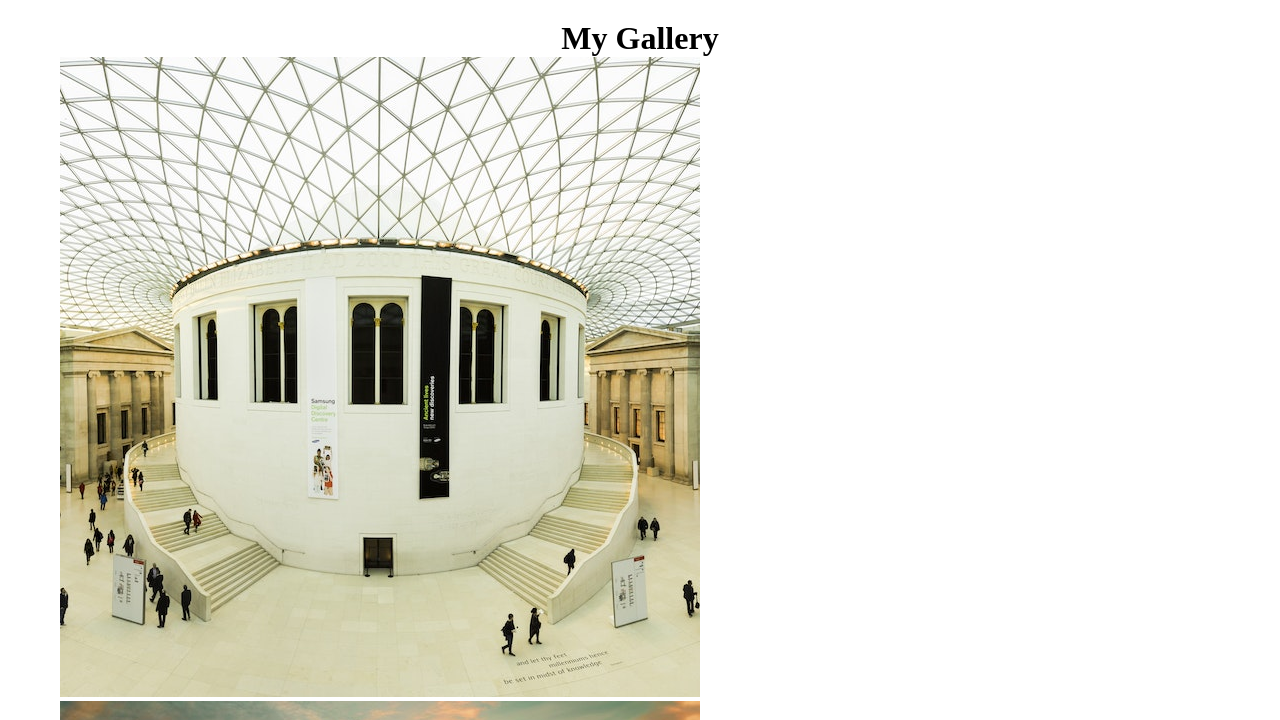
Repository: shoaib-1729/Web-Dev-Course_Dot-Batch_Love-Babbar
Page: 03_CSS Sessions Basics/05_CSS-Projects-Unwrap-Class/04_Code-Practice-unwrapClass/image-gallery-project/index.html
These files come from the project's save history. The page is drawn as it stood at one moment and after the next save; the edit follows.
The browser window is 1280 px wide. The pictures show the whole page.
An inner scrolling area shows only its first screen.

Above is the page before, as saved 2023-08-09 23:56:29.

### 03_CSS Sessions Basics/05_CSS-Projects-Unwrap-Class/04_Code-Practice-unwrapClass/image-gallery-project/index.html
<!DOCTYPE html>
<html lang="en">

<head>
    <meta charset="UTF-8">
    <meta name="viewport" content="width=device-width, initial-scale=1.0">
    <title>Image Gallery Project</title>
    <link rel="stylesheet" href="styles.css">
</head>

<body>
    <div id="wrapper">

        <div class="container">
            <h1>My Gallery</h1>


            <div class="gallery">
                <figure class="card">
                    <img src="assets/image1.jpg" alt="image1">
                    <figcaption></figcaption>

                </figure>

                <figure class="card">
                    <img src="assets/image2.jpeg" alt="image2">
                    <figcaption></figcaption>

                </figure>

                <figure class="card">
                    <img src="assets/image3.jpeg" alt="image3">
                    <figcaption></figcaption>

                </figure>

                <figure class="card">
                    <img src="assets/image4.jpeg" alt="image4">
                    <figcaption></figcaption>

                </figure>

                <figure class="card">
                    <img src="assets/image5.jpeg" alt="image5">
                    <figcaption></figcaption>

                </figure>

                <figure class="card">
                    <img src="assets/image6.jpeg" alt="image6">
                    <figcaption></figcaption>

                </figure>

                <figure class="card">
                    <img src="assets/image7.jpeg" alt="image7">
                    <figcaption></figcaption>

                </figure>

                <figure class="card">
                    <img src="assets/image8.jpeg" alt="image8">
                    <figcaption></figcaption>

                </figure>

                <figure class="card">
                    <img src="assets/image9.jpeg" alt="image9">
                    <figcaption></figcaption>

                </figure>






            </div>






        </div>







    </div>
</body>

</html>

### 03_CSS Sessions Basics/05_CSS-Projects-Unwrap-Class/04_Code-Practice-unwrapClass/image-gallery-project/styles.css
* {
    margin: 0;
    padding: 0;
    box-sizing: border-box;
}

#wrapper {
    height: 100vh;
    overflow-x: hidden;
    overflow-y: auto;
}

.container {
    height: 100%;
    width: 1200px;
    margin: 0 auto;
    padding: 20px;
}

.container h1 {
    text-align: center;
}


/* .card {
    width: 32%;
    height: 30%;
    position: relative;
    display: flex;
    flex-wrap: wrap;
} */

After the next save:
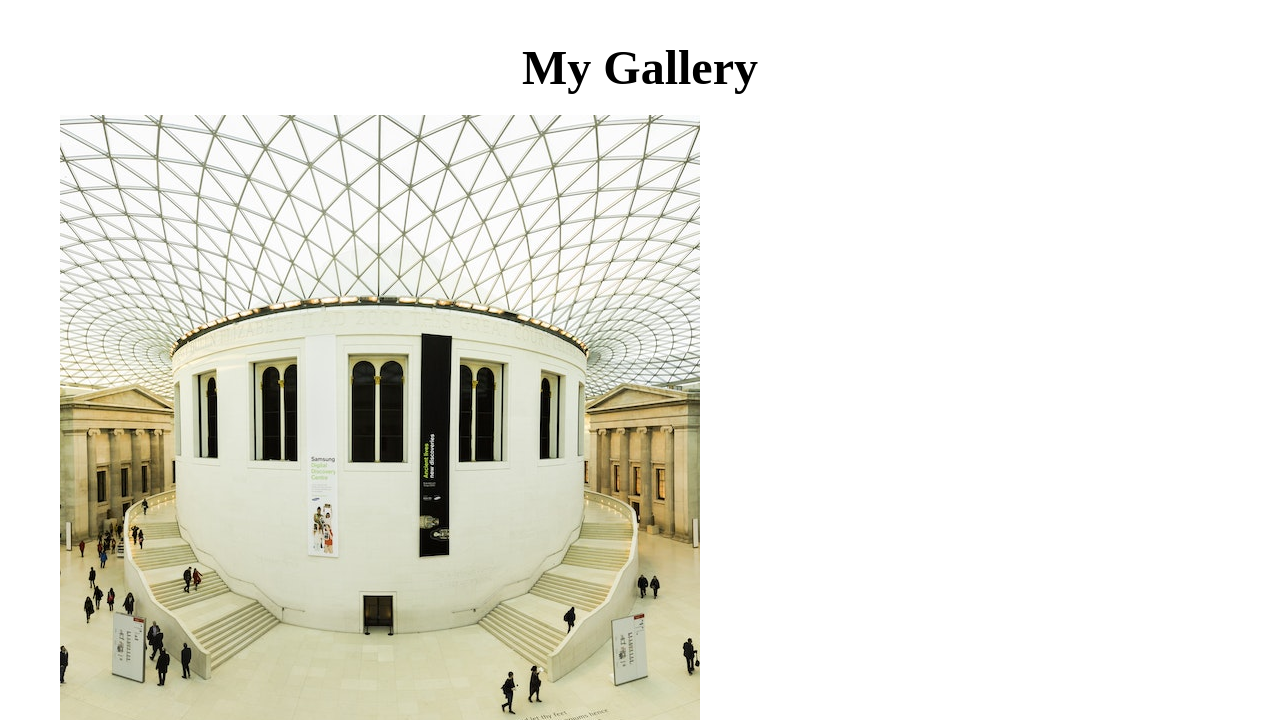
Saved 2 min 4 s later.
--- a/03_CSS Sessions Basics/05_CSS-Projects-Unwrap-Class/04_Code-Practice-unwrapClass/image-gallery-project/styles.css
+++ b/03_CSS Sessions Basics/05_CSS-Projects-Unwrap-Class/04_Code-Practice-unwrapClass/image-gallery-project/styles.css
@@ -18,7 +18,10 @@
 }
 
 .container h1 {
+    margin: 20px 100px;
+    margin-bottom: 20px;
     text-align: center;
+    font-size: 3rem;
 }
 
 
